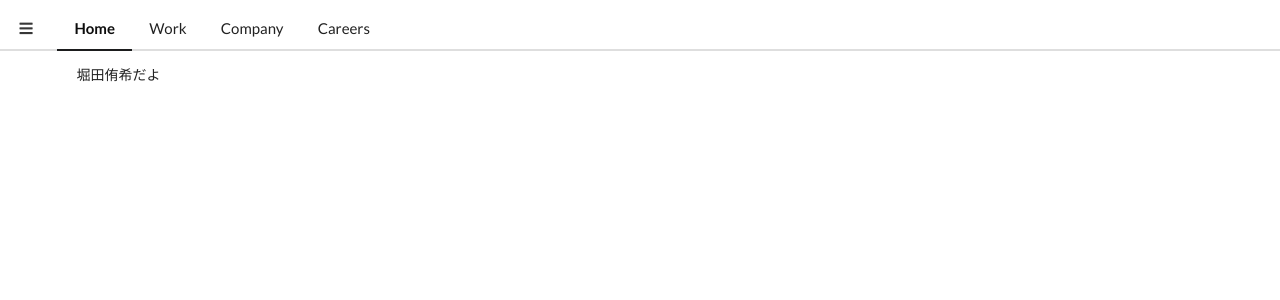
Repository: houki-sam/eclipse
Page: http://localhost/chocobanana/
These files come from the project's save history. The page is drawn as it stood at one moment and after the next save; the edit follows.
The browser window is 1280 px wide. The pictures show the whole page.
Some web libraries are served in a nearby version. The page is served by Tomcat 9. Nobody is signed in. The application's start-up code is not run. Other server files are loaded and not shown.

Above is the page before, as saved 2020-07-10 13:04:23.

### chocobanana/WebContent/index.jsp
<%@ page language="java" contentType="text/html; charset=UTF-8"
    pageEncoding="UTF-8"%>
<!DOCTYPE html>
<html>
<head>
<link rel="stylesheet" type="text/css" href="semantic/semantic.min.css">
<script
  src="https://code.jquery.com/jquery-3.1.1.min.js" integrity="sha256-hVVnYaiADRTO2PzUGmuLJr8BLUSjGIZsDYGmIJLv2b8=" crossorigin="anonymous"></script>
<script src="semantic/semantic.min.js"></script>
<meta charset="UTF-8">
<title>Insert title here</title>
</head>
<body>
<div class="ui stackable large secondary pointing menu">
	<a class="toc item">
		<i class="sidebar icon"></i>
	</a>
	<a class="active item">Home</a>
	<a class="item">Work</a>
	<a class="item">Company</a>
	<a class="item">Careers</a>
	<div class="right item">
		<a class="ui inverted button">Log in</a>
		<a class="ui inverted button">Sign Up</a>
	</div>
</div>
<div class="ui container">
堀田侑希だよ
</div>

</body>
</html>

Loaded but not shown: chocobanana/WebContent/semantic/semantic.min.css (library); chocobanana/WebContent/semantic/semantic.min.js (library)

After the next save:
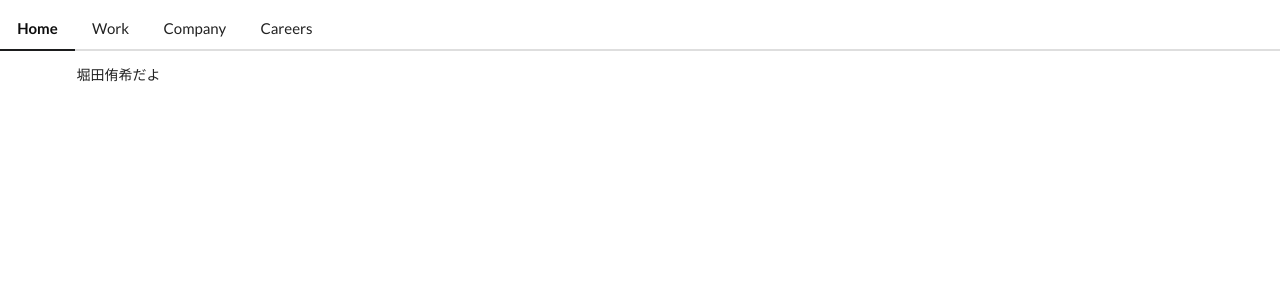
Saved 97 s later.
--- a/chocobanana/WebContent/index.jsp
+++ b/chocobanana/WebContent/index.jsp
@@ -12,9 +12,7 @@
 </head>
 <body>
 <div class="ui stackable large secondary pointing menu">
-	<a class="toc item">
-		<i class="sidebar icon"></i>
-	</a>
+
 	<a class="active item">Home</a>
 	<a class="item">Work</a>
 	<a class="item">Company</a>
